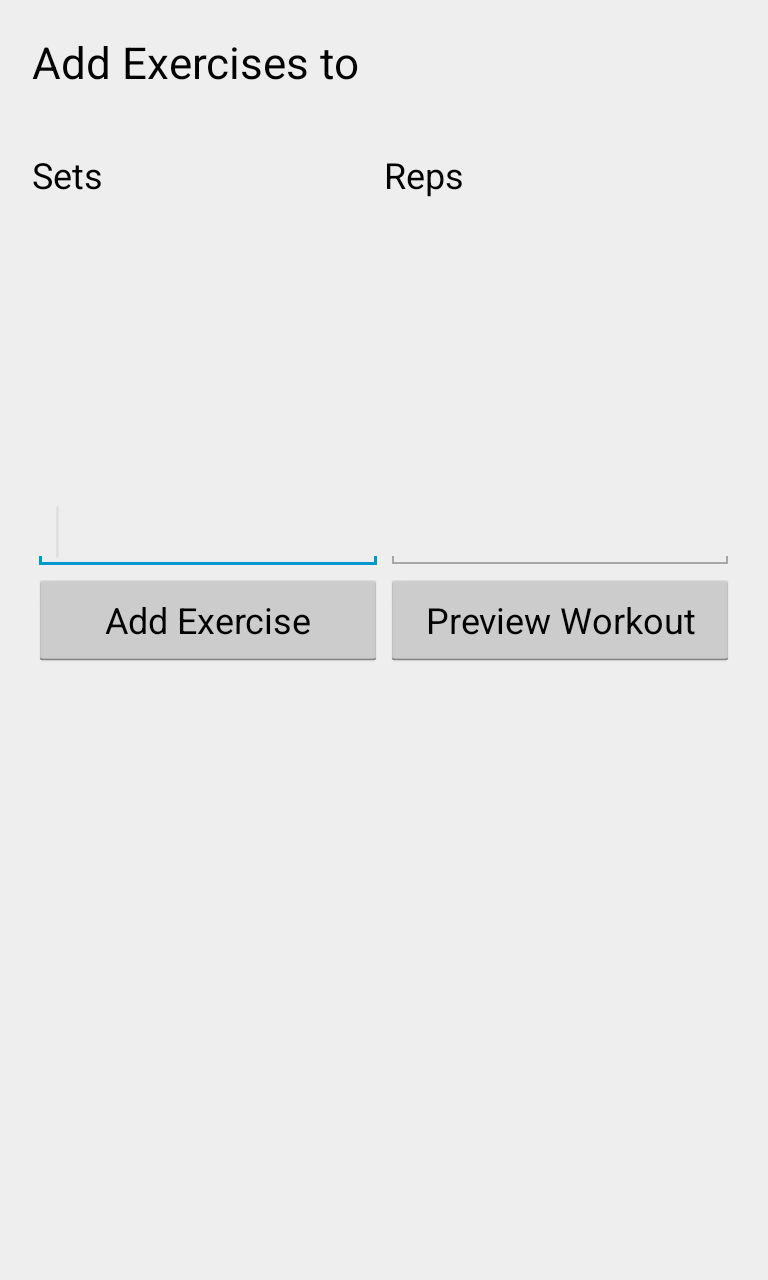
Repository: jmcdon09/EZWorkout
Layout: EzTrain/EzTrain/res/layout/activity_add_exercises.xml
These files come from the project's save history. The layout is drawn as it stood at one moment and after the next save; the edit follows.
It is drawn on a 768 x 1280 px phone screen (xhdpi) without system bars, with theme AppTheme; the app's code is not run. Lists and similar views that code fills are empty.

Above is the layout before, as saved 2014-03-29 04:30:48.

### EzTrain/EzTrain/res/layout/activity_add_exercises.xml
<LinearLayout xmlns:android="http://schemas.android.com/apk/res/android"
    xmlns:tools="http://schemas.android.com/tools"
    android:id="@+id/LinearLayout1"
    android:layout_width="match_parent"
    android:layout_height="match_parent"
    android:background="@color/background"
    android:orientation="vertical"
    android:paddingBottom="@dimen/activity_vertical_margin"
    android:paddingLeft="@dimen/activity_horizontal_margin"
    android:paddingRight="@dimen/activity_horizontal_margin"
    android:paddingTop="@dimen/activity_vertical_margin"
    tools:context=".AddExercises" >

    <LinearLayout
        android:layout_width="match_parent"
        android:layout_height="wrap_content" >

        <TextView
            android:id="@+id/adding_exercises"
            android:layout_width="wrap_content"
            android:layout_height="wrap_content"
            android:text="@string/add_exercise_to_workout"
            android:textAppearance="?android:attr/textAppearanceLarge" />

        <TextView
            android:id="@+id/workout_name"
            android:layout_width="wrap_content"
            android:layout_height="wrap_content"
            android:textAppearance="?android:attr/textAppearanceLarge" />

    </LinearLayout>

    <TextView
        android:id="@+id/muscle_group"
        android:layout_width="wrap_content"
        android:layout_height="wrap_content"
        android:textAppearance="?android:attr/textAppearanceLarge" />

    <LinearLayout
        android:layout_width="match_parent"
        android:layout_height="wrap_content"
        android:weightSum="100" >

        <TextView
            android:id="@+id/add_exercise_exercise"
            android:layout_width="fill_parent"
            android:layout_height="wrap_content"
            android:layout_weight="50"
            android:text="@string/exercise"
            android:textAppearance="?android:attr/textAppearanceMedium" />

        <TextView
            android:id="@+id/add_exercise_set"
            android:layout_width="fill_parent"
            android:layout_height="wrap_content"
            android:layout_weight="25"
            android:text="@string/sets"
            android:textAppearance="?android:attr/textAppearanceMedium" />

        <TextView
            android:id="@+id/add_exercise_rep"
            android:layout_width="fill_parent"
            android:layout_height="wrap_content"
            android:layout_weight="25"
            android:text="@string/reps"
            android:textAppearance="?android:attr/textAppearanceMedium" />
    </LinearLayout>

    <ListView
        android:id="@+id/exercise_list"
        android:layout_width="match_parent"
        android:layout_height="wrap_content" >
    </ListView>

    <LinearLayout
        android:weightSum="100"
        android:layout_width="match_parent"
        android:layout_height="wrap_content" >

        <TextView
            android:layout_weight="50"
            android:id="@+id/add_exercise_name"
            android:layout_width="fill_parent"
            android:layout_height="wrap_content"
            android:textAppearance="?android:attr/textAppearanceMedium" />

        <EditText
            android:id="@+id/add_exercise_set_input"
            android:layout_width="fill_parent"
            android:layout_height="wrap_content"
            android:layout_weight="25"
            android:ems="10"
            android:inputType="number" >

            <requestFocus />
        </EditText>

        <EditText
            android:id="@+id/add_exercise_rep_input"
            android:layout_width="fill_parent"
            android:layout_height="wrap_content"
            android:layout_weight="25"
            android:ems="10"
            android:inputType="number" />

    </LinearLayout>

    <LinearLayout
        android:weightSum="100"
        android:layout_width="match_parent"
        android:layout_height="wrap_content" >

        <Button
            android:layout_weight="50"
            android:id="@+id/add_exercise"
            android:layout_width="fill_parent"
            android:layout_height="wrap_content"
            android:text="@string/add_exercise" />

        <Button
            android:layout_weight="50"
            android:id="@+id/preview_workout"
            android:layout_width="fill_parent"
            android:layout_height="wrap_content"
            android:text="@string/preview_workout" />

    </LinearLayout>

</LinearLayout>

### EzTrain/EzTrain/res/values-v11/styles.xml
<?xml version="1.0" encoding="utf-8"?>
<resources>

    <!--
        Base application theme for API 11+. This theme completely replaces
        AppBaseTheme from res/values/styles.xml on API 11+ devices.
    -->
    <style name="AppBaseTheme" parent="android:Theme.Holo.Light">
        <!-- API 11 theme customizations can go here. -->
    </style>

    <style name="FullscreenTheme" parent="android:Theme.Holo">
        <item name="android:actionBarStyle">@style/FullscreenActionBarStyle</item>
        <item name="android:windowActionBarOverlay">true</item>
        <item name="android:windowBackground">@null</item>
        <item name="buttonBarStyle">?android:attr/buttonBarStyle</item>
        <item name="buttonBarButtonStyle">?android:attr/buttonBarButtonStyle</item>
    </style>

    <style name="FullscreenActionBarStyle" parent="android:Widget.Holo.Light.ActionBar">
        <item name="android:background">@color/action_bar_background</item>
        <item name="android:actionMenuTextColor">@color/black_overlay</item>
    </style>

</resources>

### EzTrain/EzTrain/res/values-v14/styles.xml
<resources>

    <!--
        Base application theme for API 14+. This theme completely replaces
        AppBaseTheme from BOTH res/values/styles.xml and
        res/values-v11/styles.xml on API 14+ devices.
    -->
    <style name="AppBaseTheme" parent="@android:style/Theme.Holo.Light.DarkActionBar">
        <!-- API 14 theme customizations can go here. -->
        <item name="android:actionBarStyle">@style/MyActionBar</item>


    </style>

    <style name="MyActionBar" parent="@android:style/Widget.Holo.Light.ActionBar">
        <item name="android:background">@color/action_bar_background</item>
        <item name="android:titleTextStyle">@style/MyActionBarTitle</item>
    </style>

	<style name="MyActionBarTitle" parent="@android:style/TextAppearance.Holo.Widget.ActionBar.Title">
	    <item name="android:textColor">@color/title</item>

	</style>



</resources>

### EzTrain/EzTrain/res/values/colors.xml
<resources>

    <color name="action_bar_background">#4db6af</color>
    <color name="black_overlay">#66000000</color>
    <color name="background">#eee</color>
    <color name="font">#444</color>
    <color name="accent">#ccc</color>
    <color name="title">#FFF</color>

</resources>

### EzTrain/EzTrain/res/values/strings.xml
<?xml version="1.0" encoding="utf-8"?>
<resources>

    <string name="app_name">EZWorkout</string>

    <string-array name="muscle_groups">
        <item>Arms</item>
        <item>Abdominals</item>
        <item>Chest</item>
        <item>Back</item>
        <item>Legs</item>
        <item>Shoulders</item>
    </string-array>

    <string-array name="my_workouts">
        <item>Biceps</item>
        <item>Major Chest Workout</item>
    </string-array>

    <string-array name="chest">
        <item>Benchpress</item>
        <item>Butterflys</item>
        <item>Push Ups</item>
        <item>Iron Cross</item>
        <item>Decline Dumbell Press</item>
        <item></item>
    </string-array>

    <string-array name="arms">
        <item>Bicep Curls</item>
        <item>Spider Curls</item>
        <item>Tricep Dips</item>
        <item>Skullcrushers</item>
        <item>French Press</item>
    </string-array>

    <string-array name="shoudlers">
        <item>Shoulder Abduction</item>
        <item>Military Press</item>
    </string-array>

    <string-array name="abdominals">
        <item>Crunches</item>
        <item>Russian Twists</item>
        <item>Sit-ups</item>
        <item>Toe Touches</item>
    </string-array>

    <string-array name="legs">
        <item>One Legged Squats</item>
        <item>Romanian Deadlifts</item>
        <item>Trap Bar Deadlifts</item>
        <item>Box Jumps</item>
    </string-array>

    <string-array name="back">
        <item>Standing Good Mornings</item>
        <item>Seated Good Mornings</item>
        <item>Reverse Hypers</item>
        <item>Chin Ups</item>
    </string-array>

    <string name="workout_now">Start Workout</string>
    <string name="progress">My Progress</string>
    <string name="design_work">Design Workout</string>
    <string name="title_activity_start_workout">Start Workout</string>
    <string name="title_activity_my_progress">My Progress</string>
    <string name="title_activity_design_workout">Design Workout</string>
    <string name="title_activity_add_exercises">Add Exercises</string>
    <string name="title_activity_create_exercise">Create Exercise</string>
    <string name="title_activity_preview_workout">Preview Workout</string>
    <string name="title_activity_my_workouts">My Workouts</string>
    <string name="title_activity_workout">Workout</string>
    <string name="title_activity_active_workout">Active Workout</string>
    <string name="workout_name">Workout Name</string>
    <string name="return_workout"></string>
    <string name="action_settings">Action Settings</string>
    <string name="add_exercise_to_workout">Add Exercises to </string>
    <string name="add_exercise">Add Exercise</string>
    <string name="begin_design">Start Design</string>
    <string name="create_exercise">Create Exercise</string>
    <string name="muscle_group">Muscle Group</string>
    <string name="workout_description">Workout Description</string>
    <string name="my_workouts">My Workouts</string>
    <string name="start_workout">Start Workout</string>
    <string name="browse_workouts">Browse Workouts</string>
    <string name="exercise_name">Exercise Name</string>
    <string name="rep_hint">Rep hint goes here</string>
    <string name="action_home">Home</string>
    <string name="exercise1">Bench press </string>
    <string name="set1">4</string>
    <string name="rep1">8#821112</string>
    <string name="hello_world">Hello world!</string>
    <string name="preview_workout">Preview Workout</string>
    <string name="title_activity_preview_design">Preview Design</string>
    <string name="exercise">Exercise</string>
    <string name="sets">Sets</string>
    <string name="reps">Reps</string>
    <string name="weight">Weight</string>



</resources>

Loaded but not shown: EzTrain/EzTrain/res/values/styles.xml (common file); EzTrain/EzTrain/res/values/dimens.xml (common file)

After the next save:
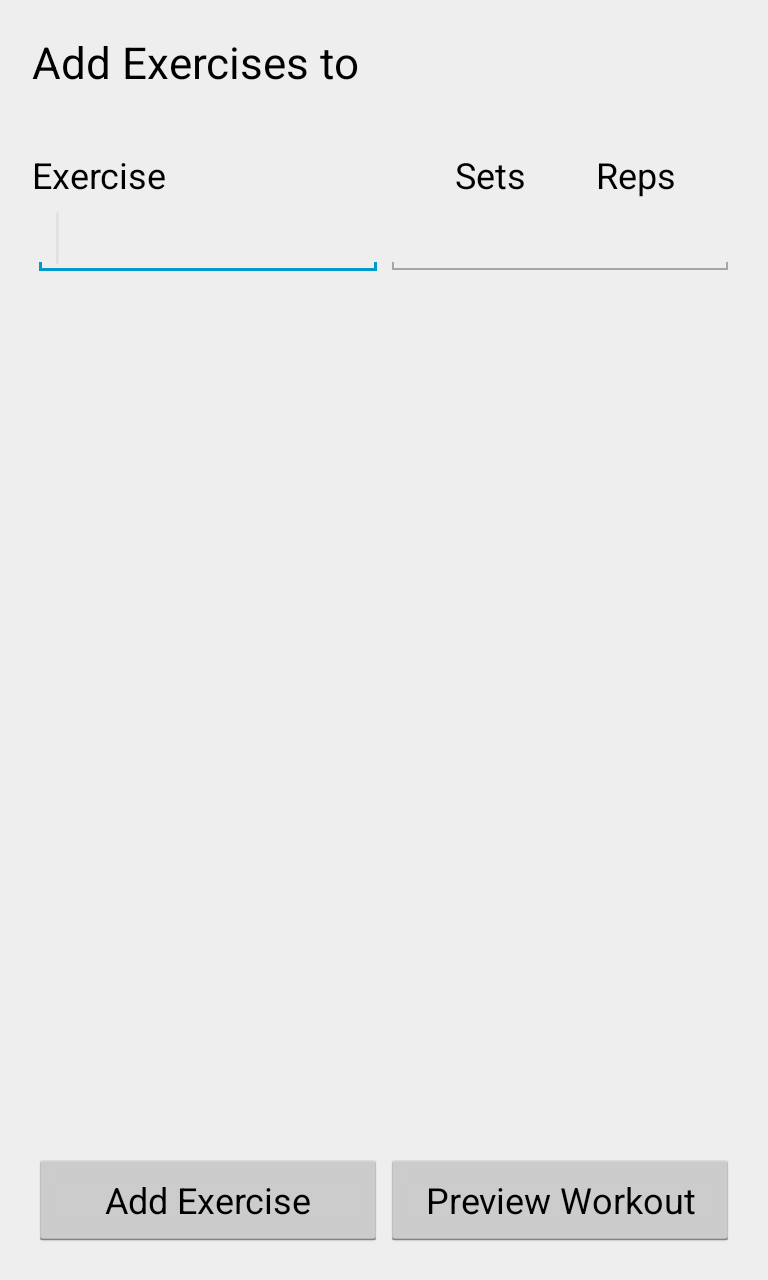
Saved 57 s later.
--- a/EzTrain/EzTrain/res/layout/activity_add_exercises.xml
+++ b/EzTrain/EzTrain/res/layout/activity_add_exercises.xml
@@ -45,7 +45,7 @@
             android:id="@+id/add_exercise_exercise"
             android:layout_width="fill_parent"
             android:layout_height="wrap_content"
-            android:layout_weight="50"
+            android:layout_weight="20"
             android:text="@string/exercise"
             android:textAppearance="?android:attr/textAppearanceMedium" />
 
@@ -53,7 +53,7 @@
             android:id="@+id/add_exercise_set"
             android:layout_width="fill_parent"
             android:layout_height="wrap_content"
-            android:layout_weight="25"
+            android:layout_weight="40"
             android:text="@string/sets"
             android:textAppearance="?android:attr/textAppearanceMedium" />
 
@@ -61,27 +61,23 @@
             android:id="@+id/add_exercise_rep"
             android:layout_width="fill_parent"
             android:layout_height="wrap_content"
-            android:layout_weight="25"
+            android:layout_weight="40"
             android:text="@string/reps"
             android:textAppearance="?android:attr/textAppearanceMedium" />
+
     </LinearLayout>
 
-    <ListView
-        android:id="@+id/exercise_list"
+    <LinearLayout
         android:layout_width="match_parent"
-        android:layout_height="wrap_content" >
-    </ListView>
-
-    <LinearLayout
-        android:weightSum="100"
-        android:layout_width="match_parent"
-        android:layout_height="wrap_content" >
+        android:layout_height="wrap_content"
+        android:layout_weight="50"
+        android:weightSum="100" >
 
         <TextView
-            android:layout_weight="50"
             android:id="@+id/add_exercise_name"
             android:layout_width="fill_parent"
             android:layout_height="wrap_content"
+            android:layout_weight="50"
             android:textAppearance="?android:attr/textAppearanceMedium" />
 
         <EditText
@@ -102,8 +98,13 @@
             android:layout_weight="25"
             android:ems="10"
             android:inputType="number" />
+    </LinearLayout>
 
-    </LinearLayout>
+    <ListView
+        android:id="@+id/exercise_list"
+        android:layout_width="match_parent"
+        android:layout_height="wrap_content" >
+    </ListView>
 
     <LinearLayout
         android:weightSum="100"
